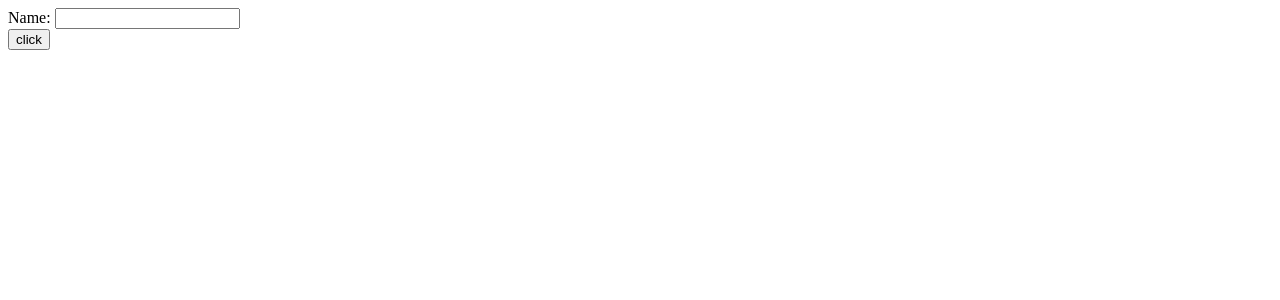
Repository: nishigandha1234/Advanced-Java-Projects
Page: 1- Starting J2EE/annotation/src/main/webapp/test.html
The author's editor kept a copy of each file at every save. The page is drawn from the files as they stood at one save, then again after the next save.
The browser window is 1280 px wide. The pictures show the whole page.

Above is the page before, as saved 2025-11-05 12:52:25.

After the next save:
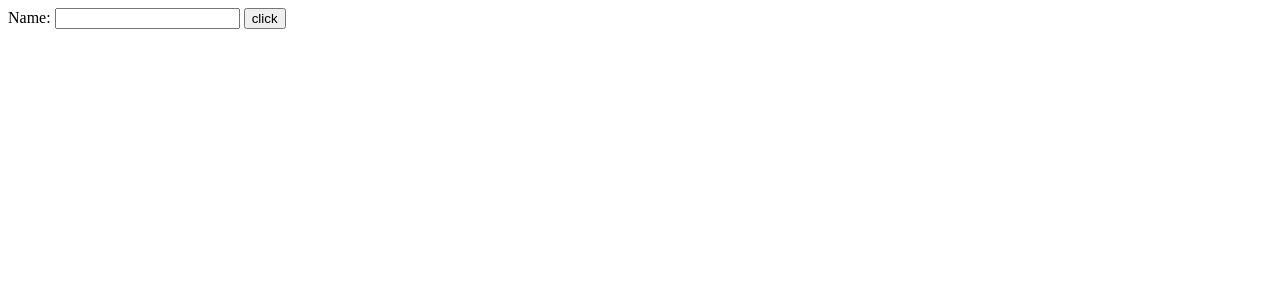
Saved 2 h 58 min later.
--- a/1- Starting J2EE/annotation/src/main/webapp/test.html
+++ b/1- Starting J2EE/annotation/src/main/webapp/test.html
@@ -6,7 +6,7 @@
 </head>
 <body>
 <form action="do" method="get">
-	 Name: <input type="text" name="name"> <br>
+	 Name: <input type="text" name="name">
 		<input type="submit" value="click">
 </form>
 </body>
